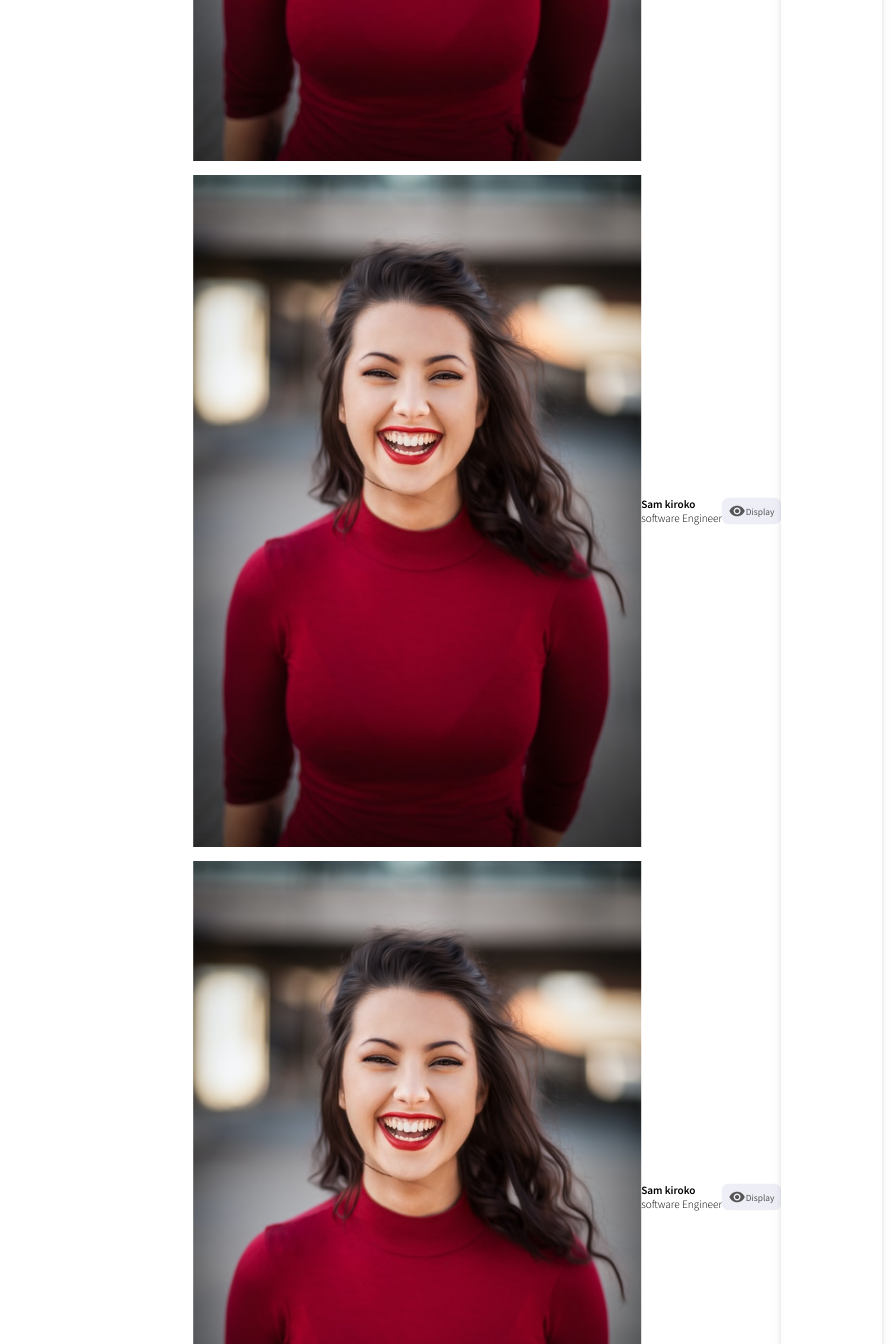
Repository: Samkiroko/admin-panel-ui
Page: /
An editor plug-in stored every save of this project. The page is shown before and after the next save, followed by the edit.
The browser window is 1280 px wide. The pictures show the part of the page from y = 4300 to 6220 px (the page is 6530 px tall before and 5610 px after), at 70% of full size.
The project was rebuilt for these pictures with package versions that can differ from the ones it lists, and the page was loaded fresh each time.

Above is the page before, as saved 2021-09-22 21:52:21.

After the next save:
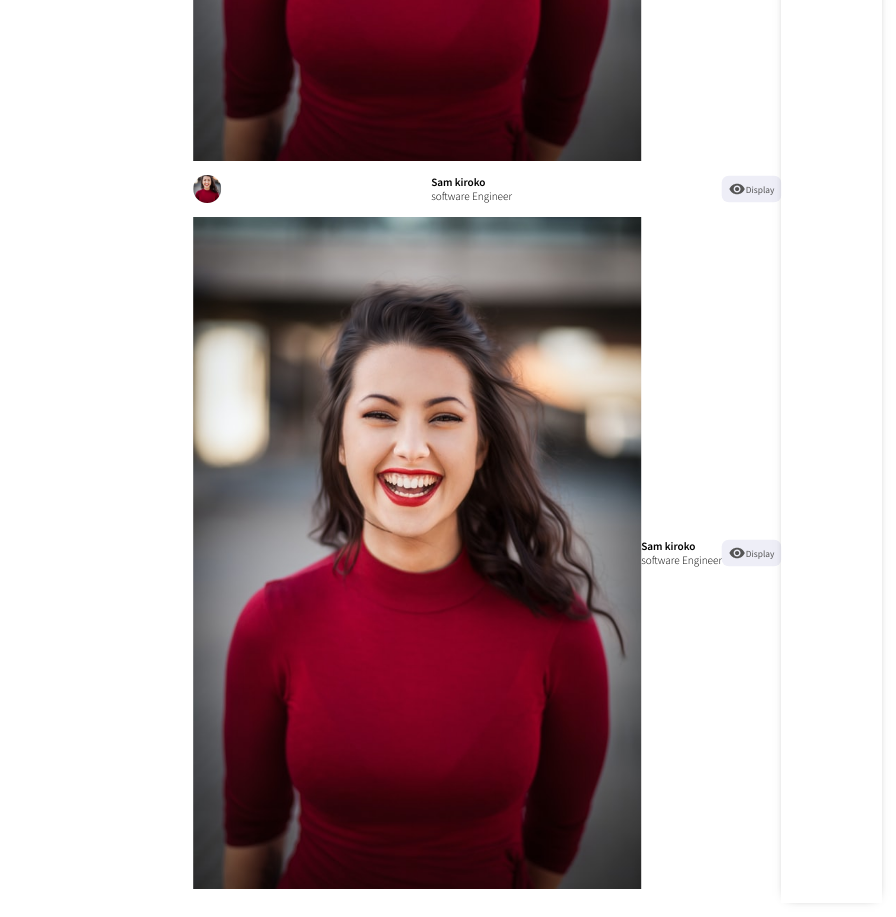
Saved 50 s later.
--- a/src/components/widgetSm/WidgetSm.js
+++ b/src/components/widgetSm/WidgetSm.js
@@ -53,7 +53,7 @@ const WidgetSm = () => {
           </button>
         </li>
         <li className='widgetSmListItem'>
-          <img src={avatar} alt='avatar' />
+          <img src={avatar} alt='avatar' className='widgetSmImg' />
           <div className='widgetSmUser'>
             <span className='widgetSmUsername'>Sam kiroko</span>
             <span className='widgetSmUserTitle'>software Engineer</span>
